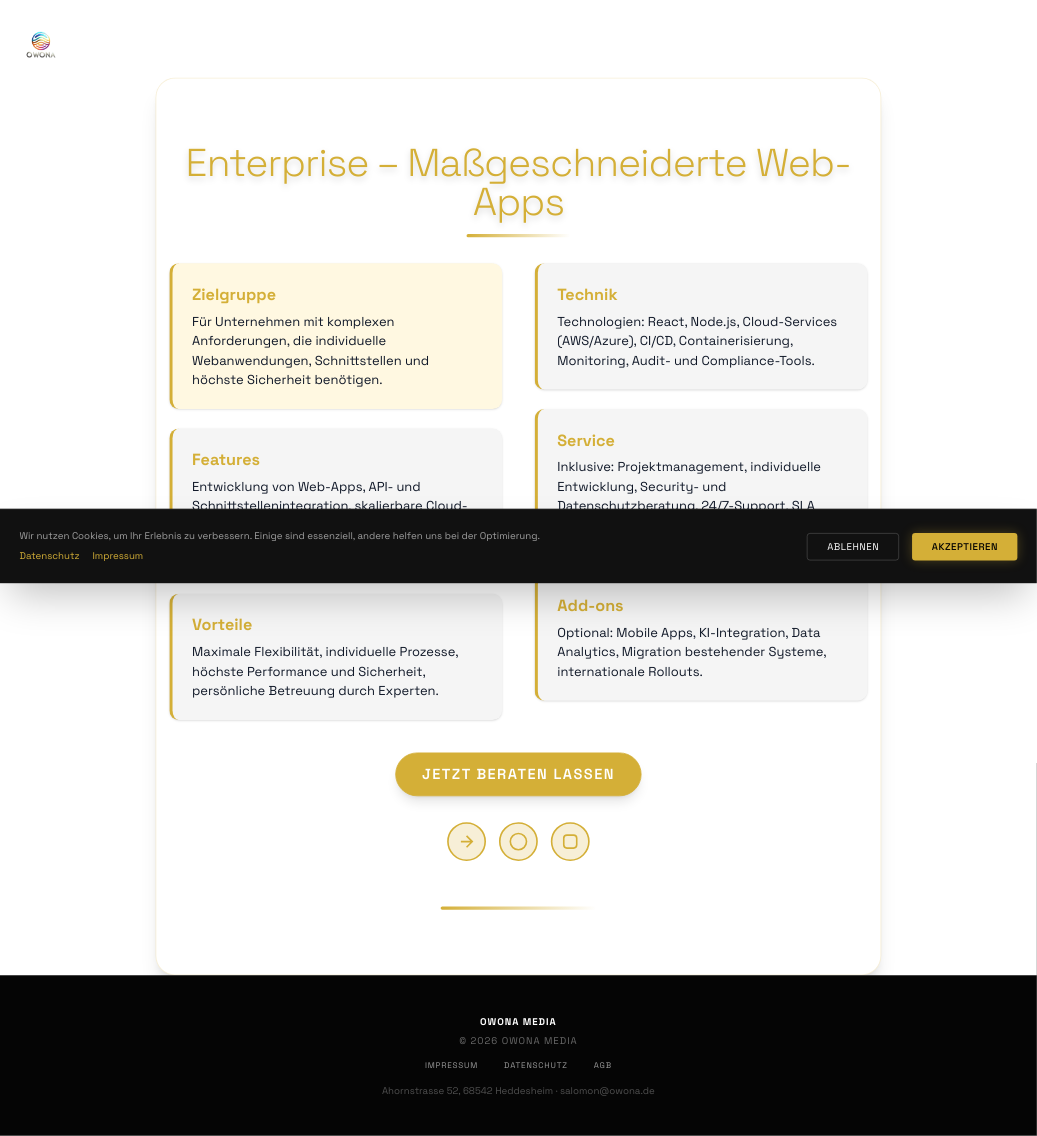
Repository: OwonaMedia/OMedia
Page: /produkte/enterprise
An editor plug-in stored every save of this project. The page is shown before and after the next save, followed by the edit.
The browser window is 1280 px wide. The pictures show the whole page, at 81% of full size.
The project was rebuilt for these pictures with package versions that can differ from the ones it lists, and the page was loaded fresh each time. Also part of the build but not shown: src/pages/Home.tsx, src/pages/Login.tsx, src/pages/dashboard/Overview.tsx, src/pages/dashboard/Projects.tsx, src/pages/dashboard/Invoices.tsx, src/pages/dashboard/Files.tsx, src/pages/dashboard/Settings.tsx, src/pages/Dashboard.tsx and 7 more. Imported but missing from the stored project, and not drawn on this page: src/pages/legal/AGB, src/pages/legal/Datenschutz, src/pages/legal/Impressum.

Above is the page before, as saved 2026-01-20 18:08:39.

After the next save:
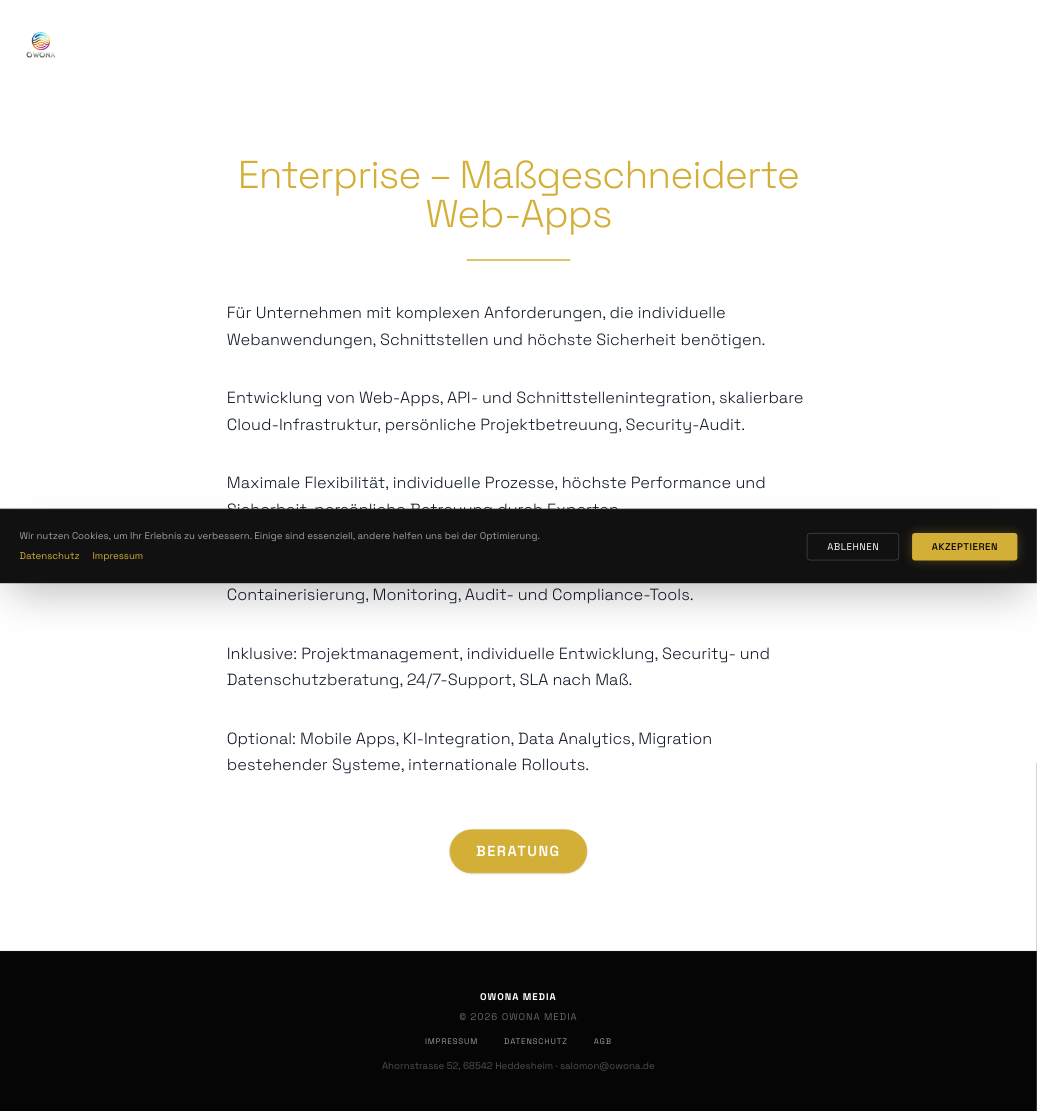
Saved 16 s later.
--- a/src/pages/ProductEnterprise.tsx
+++ b/src/pages/ProductEnterprise.tsx
@@ -1,60 +1,25 @@
+
 
 import { useTranslation } from '../TranslationContext';
 
 export default function ProductEnterprise() {
   const { t } = useTranslation();
   return (
-    <div className="max-w-4xl mx-auto py-20 px-4 bg-white rounded-3xl shadow-xl border border-[#D4AF37]/20">
-      <h1 className="text-5xl font-light mb-4 text-[#D4AF37] text-center tracking-tight drop-shadow-lg">{t('product.enterprise.detail.title')}</h1>
-      <div className="flex justify-center mb-8">
-        <div className="h-1 w-32 bg-gradient-to-r from-[#D4AF37] to-transparent rounded-full" />
+    <div className="max-w-3xl mx-auto py-24 px-6 bg-white">
+      <h1 className="text-5xl font-light mb-8 text-[#D4AF37] text-center tracking-tight">{t('product.enterprise.detail.title')}</h1>
+      <div className="flex justify-center mb-12">
+        <div className="h-0.5 w-32 bg-[#D4AF37] rounded-full" />
       </div>
-      <div className="grid md:grid-cols-2 gap-10 mb-10">
-        <div className="flex flex-col gap-6">
-          <div className="bg-[#FFF8E1] border-l-4 border-[#D4AF37] p-6 rounded-xl shadow-sm">
-            <h2 className="text-xl font-bold text-[#D4AF37] mb-2">Zielgruppe</h2>
-            <p className="text-gray-900 text-base">{t('product.enterprise.detail.target')}</p>
-          </div>
-          <div className="bg-[#F5F5F5] border-l-4 border-[#D4AF37] p-6 rounded-xl shadow-sm">
-            <h2 className="text-xl font-bold text-[#D4AF37] mb-2">Features</h2>
-            <p className="text-gray-900 text-base">{t('product.enterprise.detail.features')}</p>
-          </div>
-          <div className="bg-[#F5F5F5] border-l-4 border-[#D4AF37] p-6 rounded-xl shadow-sm">
-            <h2 className="text-xl font-bold text-[#D4AF37] mb-2">Vorteile</h2>
-            <p className="text-gray-900 text-base">{t('product.enterprise.detail.benefits')}</p>
-          </div>
-        </div>
-        <div className="flex flex-col gap-6">
-          <div className="bg-[#F5F5F5] border-l-4 border-[#D4AF37] p-6 rounded-xl shadow-sm">
-            <h2 className="text-xl font-bold text-[#D4AF37] mb-2">Technik</h2>
-            <p className="text-gray-900 text-base">{t('product.enterprise.detail.tech')}</p>
-          </div>
-          <div className="bg-[#F5F5F5] border-l-4 border-[#D4AF37] p-6 rounded-xl shadow-sm">
-            <h2 className="text-xl font-bold text-[#D4AF37] mb-2">Service</h2>
-            <p className="text-gray-900 text-base">{t('product.enterprise.detail.service')}</p>
-          </div>
-          <div className="bg-[#F5F5F5] border-l-4 border-[#D4AF37] p-6 rounded-xl shadow-sm">
-            <h2 className="text-xl font-bold text-[#D4AF37] mb-2">Add-ons</h2>
-            <p className="text-gray-900 text-base">{t('product.enterprise.detail.addons')}</p>
-          </div>
-        </div>
+      <div className="space-y-10 text-gray-900 text-xl leading-relaxed font-light">
+        <p>{t('product.enterprise.detail.target')}</p>
+        <p>{t('product.enterprise.detail.features')}</p>
+        <p>{t('product.enterprise.detail.benefits')}</p>
+        <p>{t('product.enterprise.detail.tech')}</p>
+        <p>{t('product.enterprise.detail.service')}</p>
+        <p>{t('product.enterprise.detail.addons')}</p>
       </div>
-      <div className="flex flex-col items-center gap-6 mt-8">
-        <a href="/kontakt" className="px-8 py-3 rounded-full bg-[#D4AF37] text-white font-semibold uppercase tracking-widest text-lg shadow-lg hover:bg-black hover:text-[#D4AF37] border border-[#D4AF37] transition">Jetzt beraten lassen</a>
-        <div className="flex gap-4 mt-2">
-          <div className="w-12 h-12 rounded-full bg-[#D4AF37]/20 flex items-center justify-center border-2 border-[#D4AF37]">
-            <svg width="24" height="24" fill="none" stroke="#D4AF37" strokeWidth="2" viewBox="0 0 24 24"><path d="M5 12h14M12 5l7 7-7 7" /></svg>
-          </div>
-          <div className="w-12 h-12 rounded-full bg-[#D4AF37]/20 flex items-center justify-center border-2 border-[#D4AF37]">
-            <svg width="24" height="24" fill="none" stroke="#D4AF37" strokeWidth="2" viewBox="0 0 24 24"><circle cx="12" cy="12" r="10" /></svg>
-          </div>
-          <div className="w-12 h-12 rounded-full bg-[#D4AF37]/20 flex items-center justify-center border-2 border-[#D4AF37]">
-            <svg width="24" height="24" fill="none" stroke="#D4AF37" strokeWidth="2" viewBox="0 0 24 24"><rect x="4" y="4" width="16" height="16" rx="4" /></svg>
-          </div>
-        </div>
-        <div className="w-full flex justify-center mt-8">
-          <div className="h-1 w-48 bg-gradient-to-r from-[#D4AF37] to-transparent rounded-full" />
-        </div>
+      <div className="flex justify-center mt-16">
+        <a href="/kontakt" className="px-8 py-3 rounded-full bg-[#D4AF37] text-white font-semibold uppercase tracking-widest text-lg shadow hover:bg-black hover:text-[#D4AF37] border border-[#D4AF37] transition">Beratung</a>
       </div>
     </div>
   );
